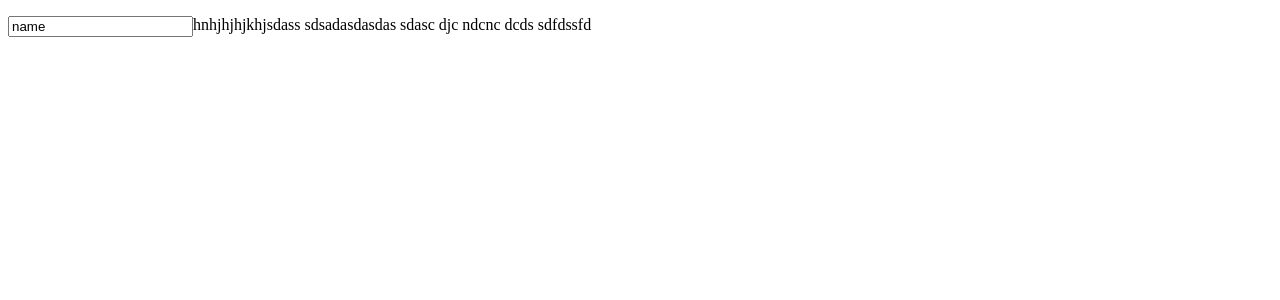
Repository: umangtalpara/ajax
Page: html.html
An editor plug-in stored every save of this project. The page is shown before and after a run of saves, followed by the edit.
The browser window is 1280 px wide. The pictures show the whole page.

Above is the page before, as saved 2021-07-08 10:04:30.

### html.html
<!DOCTYPE html>
<html lang="en">

<head>
    <meta charset="UTF-8">
    <meta http-equiv="X-UA-Compatible" content="IE=edge">
    <meta name="viewport" content="width=device-width, initial-scale=1.0">
    <title>Document</title>


</head>

<body>
    <div>
        <input style="float: left" type="text" id="name" value="name" />
    </div>
    <div>
        <p style=""> hnhjhjhjkhjsdass sdsadasdasdas sdasc djc ndcnc dcds sdfdssfd</p>
    </div>

</body>

</html>

After the next 2 saves:
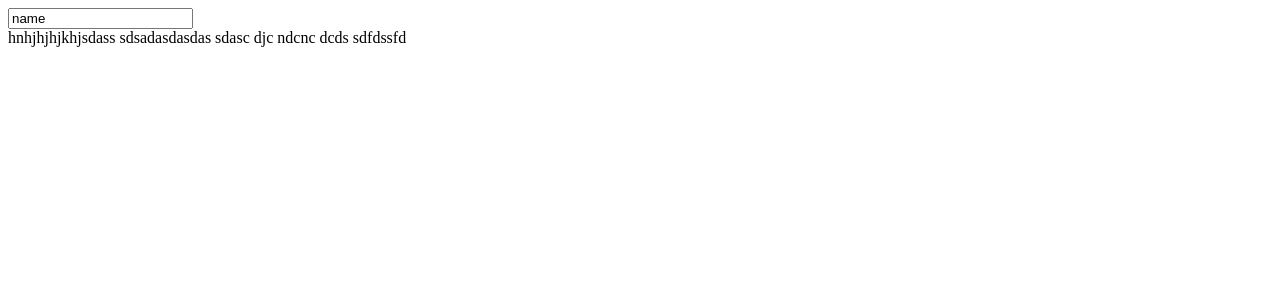
The 2 saves are shown as one change because they came seconds apart.
The last was saved 5 s later.
--- a/html.html
+++ b/html.html
@@ -15,7 +15,7 @@
         <input style="float: left" type="text" id="name" value="name" />
     </div>
     <div>
-        <p style=""> hnhjhjhjkhjsdass sdsadasdasdas sdasc djc ndcnc dcds sdfdssfd</p>
+        <p style="clear: both;"> hnhjhjhjkhjsdass sdsadasdasdas sdasc djc ndcnc dcds sdfdssfd</p>
     </div>
 
 </body>

After the save that followed:
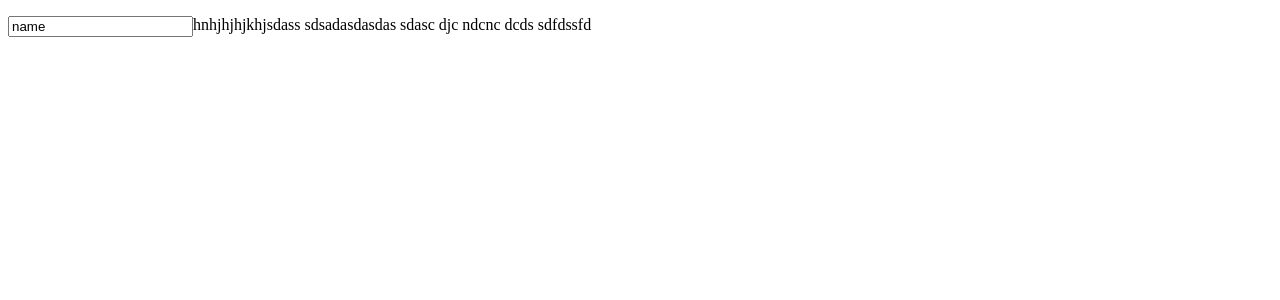
Saved 6 s later.
--- a/html.html
+++ b/html.html
@@ -15,7 +15,7 @@
         <input style="float: left" type="text" id="name" value="name" />
     </div>
     <div>
-        <p style="clear: both;"> hnhjhjhjkhjsdass sdsadasdasdas sdasc djc ndcnc dcds sdfdssfd</p>
+        <p style="clear:;"> hnhjhjhjkhjsdass sdsadasdasdas sdasc djc ndcnc dcds sdfdssfd</p>
     </div>
 
 </body>
